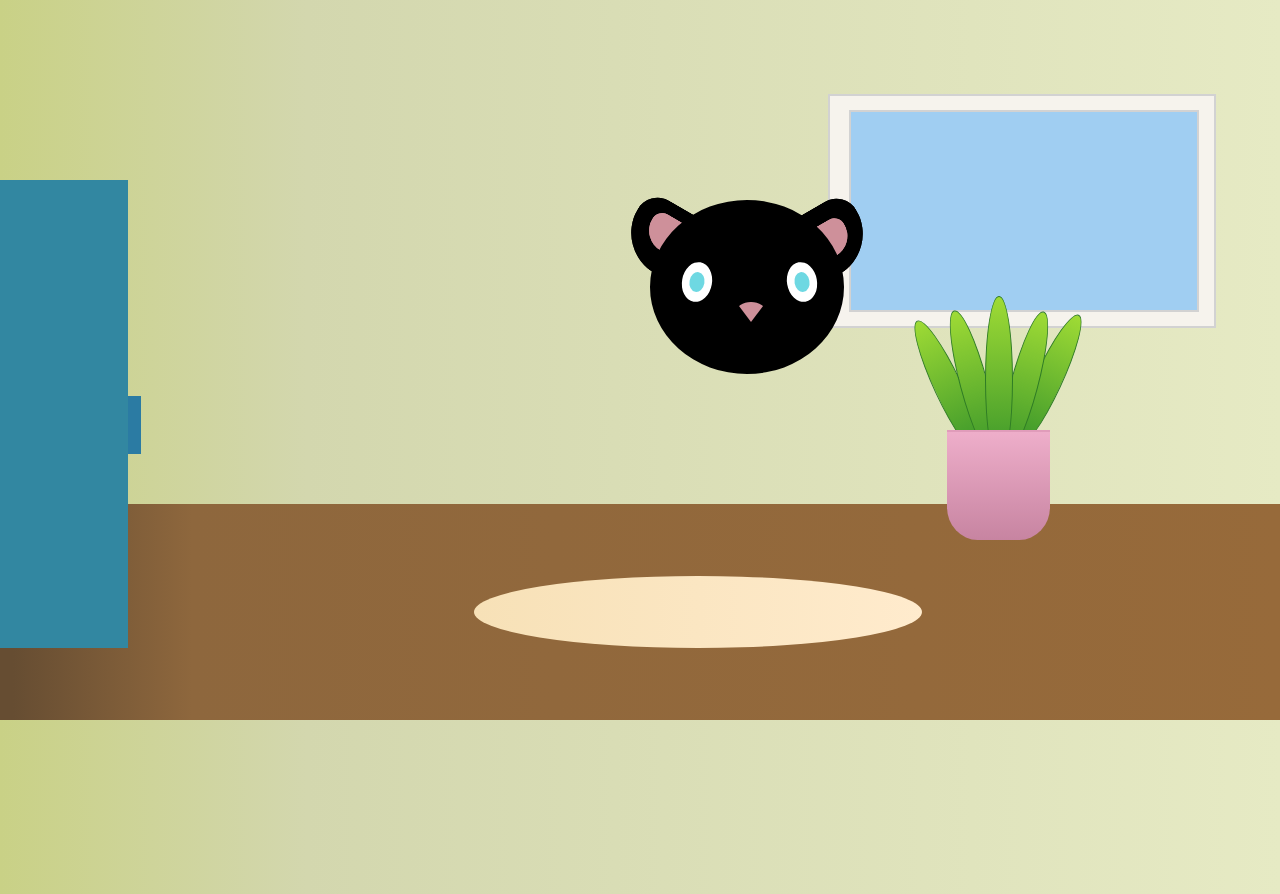
Repository: SandyLy453/COMP-2170-team-project
Page: index.html
An editor plug-in stored every save of this project. The page is shown before and after the next save, followed by the edit.
The browser window is 1280 px wide. The pictures show the whole page.

Above is the page before, as saved 2024-05-03 13:16:31.

After the next save:
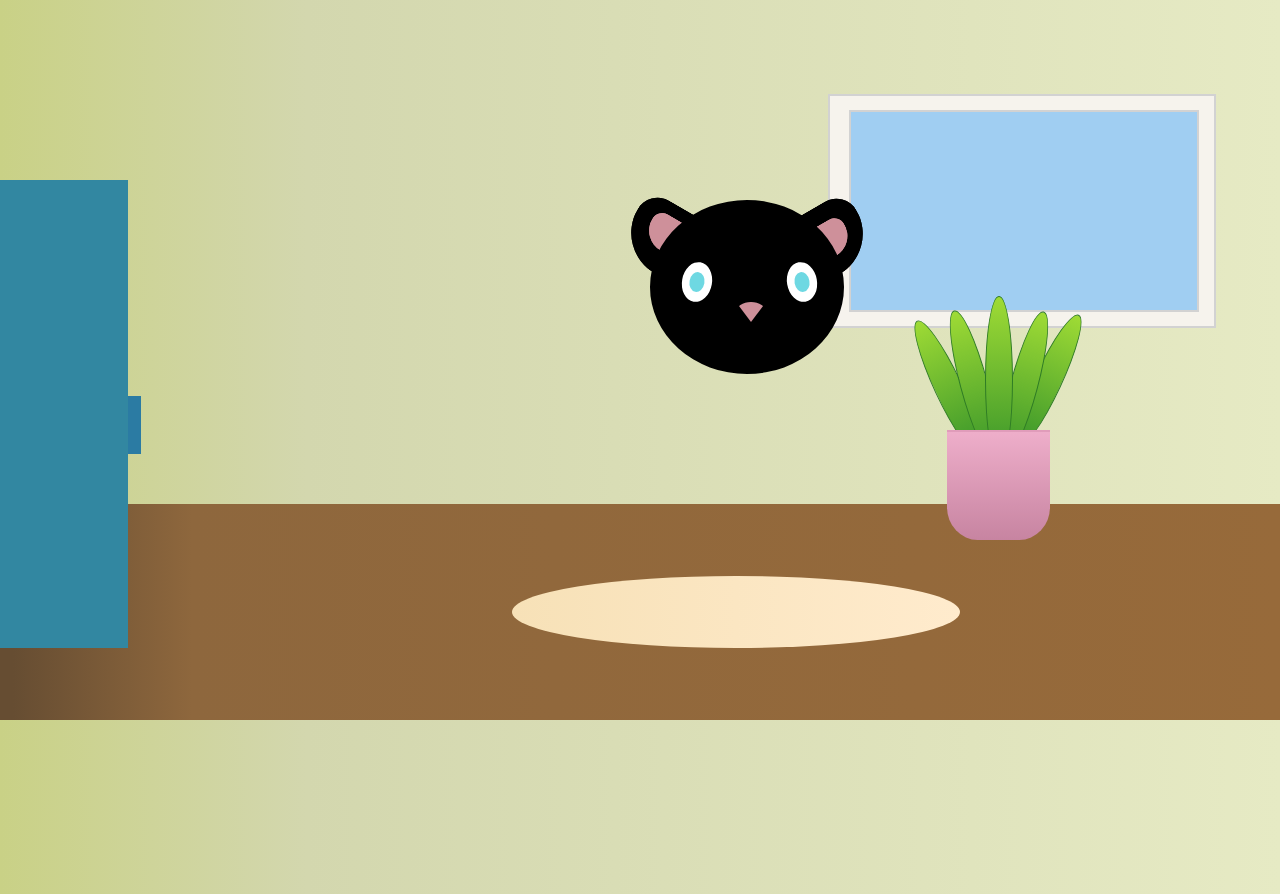
Saved 12 s later.
--- a/styles.css
+++ b/styles.css
@@ -45,7 +45,7 @@ body {
     background: linear-gradient(90deg, rgba(247,225,183,1) 0%, rgba(255,235,205,1) 100%);
     position: absolute;
     bottom: 10vh;
-    right: 28vw;
+    right: 25vw;
 }
 
 .window {
